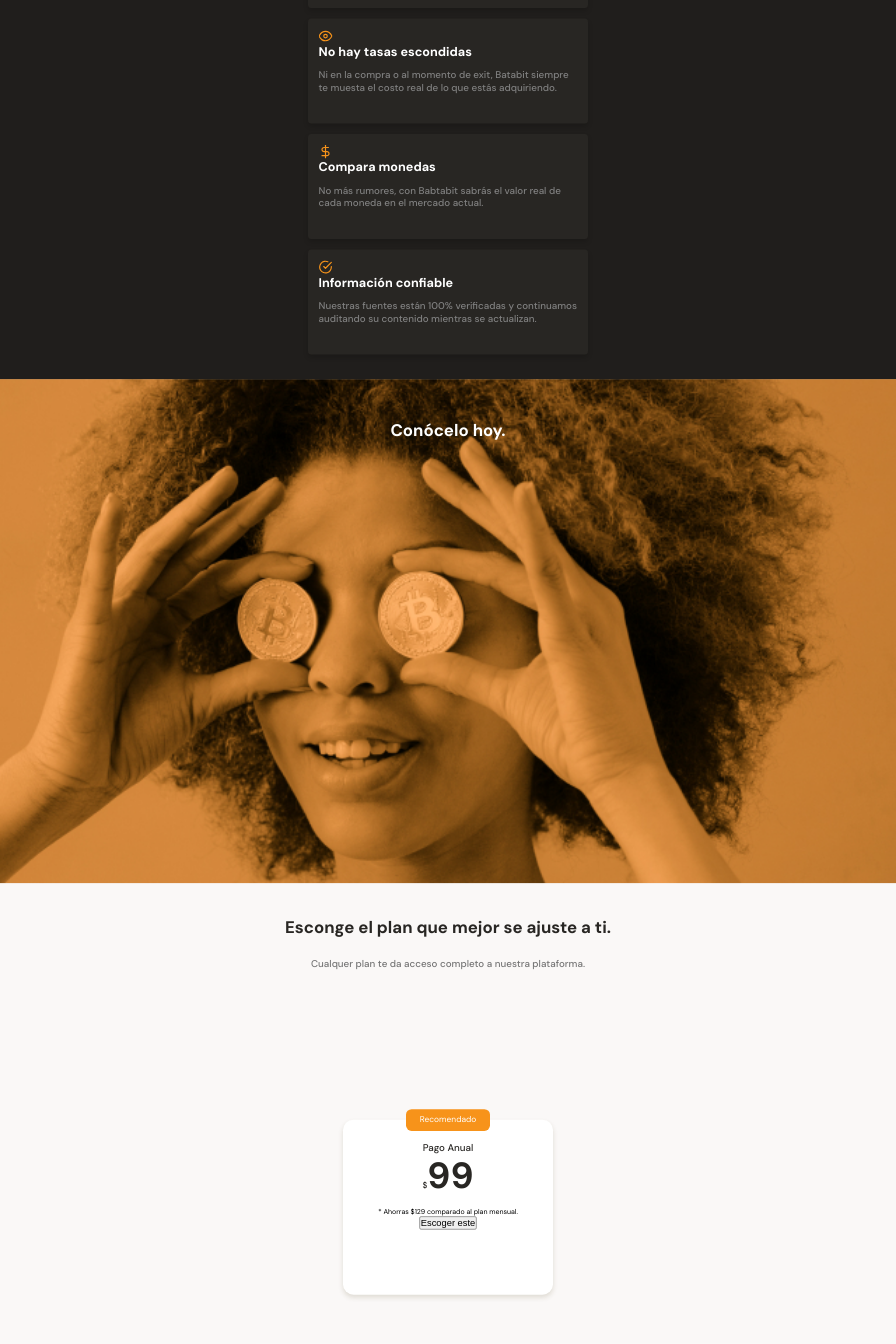
Repository: elto82/mobileFirst
Page: index.html
These files come from the project's save history. The page is drawn as it stood at one moment and after the next save; the edit follows.
The browser window is 1280 px wide. The pictures show the part of the page from y = 1441 to 3361 px (the page is 3361 px tall), at 70% of full size.
Some web fonts or font styles are not loaded; a fallback is used.

Above is the page before, as saved 2022-06-08 21:37:42.

### index.html
<!DOCTYPE html>
<html lang="en">
  <head>
    <meta charset="UTF-8" />
    <meta http-equiv="X-UA-Compatible" content="IE=edge" />
    <meta name="viewport" content="width=device-width, initial-scale=1.0" />
    <link rel="preconnect" href="https://fonts.googleapis.com" />
    <link rel="preconnect" href="https://fonts.gstatic.com" crossorigin />
    <link
      href="https://fonts.googleapis.com/css2?family=DM+Sans:wght@400;500;700&family=Inter:wght@300;500&family=Poppins:ital,wght@0,300;1,400;1,600&family=Quicksand:wght@300;500;700&family=Roboto:wght@400;700&family=Rubik+Beastly&display=swap"
      rel="stylesheet"
    />
    <link rel="stylesheet" href="./style.css">
    <title>Document</title>
  </head>
  <body>
    <header>
        <img src="./assets/img/logo.svg" alt="">
        <div class="header-title-container">
            <h1>La próxima revolución en el intercambio de criptomonedas.</h1>
            <p>Batatabit te ayuda a navegar entre los diferentes precios y tendencias.  </p>
            <a href="#plans" class="header-button">Conoce nuestros planes <span></span></a>
        </div>
    </header>
    <main>
      <section class="main-exchange-container">
          <div class="backgroundImg"></div>
          <div class="main-exchange-conintainer--title">
            <h2>Visibilizamos todas las tasas de cambio.</h2>
            <p>Traemos información en tiempo real de las casas de cambio y las monedas más importantes del mundo.</p>
          </div>
          <section class="main-tables-container">
              <div class="main-currency-table">
                <p class="currency-table--title">Monedas</p>
                <div class="currency-table--container">
                  <table>
                    <tr>
                      <td class="table__top-left">Bitcoin</td>
                      <td class="table__top-right table__right" >$1.96 <span class="down"></span></td>
                    </tr>
                    <tr>
                      <td>Ethereum</td>
                      <td class="table__right">$0.07 <span class="up"></span></td>
                    </tr>
                    <tr>
                      <td>Riple</td>
                      <td class="table__right">$2.15<span class="down"></span></td>
                    </tr>
                    <tr>
                      <td class="table__bottom-left">Stellar</td>
                      <td class="table__botton-right table__right">$4.96 <span class="down"></span></td>
                    </tr>
                  </table>
                </div>
                <div class="currency-table--date">
                  <p><b> Actualizado:</b> 19 julio 23:45</p>
                </div>
              </div>
          </section>
      </section>

      <section class="main-product-detail">
        <span class="product-detail--batata-logo"></span>
        <div class="product-detail--title">
          <h2>Creamos un producto sin comparación.</h2>
          <p>Confiable y diseñado para su uso diario.</p>
        </div>
        <section class="product-cards--container">
          <article class="product-detail--card">
            <span class="clock"></span>
            <p class="product--card-title">Tiempo real</p>
            <p class="product--card-body">Nuestro API toma información minuto a minuto sobre las tasas que más determinan el comportamiento.</p>
          </article>
          <article class="product-detail--card">
            <span class="eye"></span>
            <p class="product--card-title">No hay tasas escondidas</p>
            <p class="product--card-body">Ni en la compra o al momento de exit, Batabit siempre te muesta el costo real de lo que estás adquiriendo.</p>
          </article>
          <article class="product-detail--card">
            <span class="money"></span>
            <p class="product--card-title">Compara monedas</p>
            <p class="product--card-body">No más rumores, con Babtabit sabrás el valor real de cada moneda en el mercado actual.</p>
          </article>
          <article class="product-detail--card">
            <span class="ok"></span>
            <p class="product--card-title">Información confiable</p>
            <p class="product--card-body">Nuestras fuentes están 100% verificadas y continuamos auditando su contenido mientras se actualizan.</p>
          </article>
        </section>
      </section>
      <section class="bitcoint-img-container">
        <h2>Conócelo hoy.</h2>
      </section>
      <section id="plans" class="main-plans-container">
        <div class="plans--title">
          <h2>Esconge el plan que mejor se ajuste a ti.</h2>
          <p>Cualquer plan te da acceso completo a nuestra plataforma.</p>
        </div>
        <section class="plans-container--slider">
          <article class="plans-conteiner--card">
            <p class="recommended">Recomendado</p>
            <div class="plan-info-container">
              <h3 class="plan-card--title">Pago Anual</h3>
              <p class="plan-card--price"><span>$</span>99</p>
              <p class="plan-card--saving">* Ahorras $129 comparado al plan mensual.</p>
              <button class="plan-card--ca">Escoger este <span></span></button>
            </div>
          </article>
        </section>
      </section>
    </main>
    <footer></footer>
  </body>
</html>

### style.css
/*
1. Posicionamiento
2. Modelo de caja (box model)
3. Tipografia
4.Visuales
5. Otros
*/
:root{
    /* colores */
    --bitcoin-orange:#f7931a;
    --soft-orange: #ffe9d5;
    --secondary-blue:#1a9af7;
    --soft-blue: #e7f5ff;
    --warm-black: #201e1c;
    --black:#282623;
    --grey:#bababa;
    --off-white:#faf8f7;
    --just-white:#fff;

}
*{
    box-sizing: border-box;
    margin: 0;
    padding: 0;
}
html{
    font-size: 62.5%;
    font-family: 'DM Sans', sans-serif;;
}
header{
    position: relative;
    display: flex;
    flex-direction: column;
    justify-content: center;
    width: 100%;
    min-width: 32rem;
    height: 34rem;
    text-align: center;
    background: linear-gradient(207.8deg, #201e1c 16.69%, #f7931a 100%);
}
header img{
    width: 15rem;
    height: 2.4rem;
    margin-top: 6rem;
    align-self: center;
}
.header-title-container{
    width: 90%;
    min-width: 28.8rem;
    max-width: 90rem;
    height: 21.8rem;
    margin-top: 4rem;
    text-align: center;
    align-self: center;
}
.header-title-container h1{
    font-size: 2.4rem;
    font-weight: bold;
    line-height: 2.6rem;
    color: var(--just-white);
}
.header-title-container p{
    margin-top: 2.5rem;
    font-size: 1.4rem;
    font-weight: 500;
    line-height: 1.8rem;
    color: var(--soft-orange);
}
.header-title-container .header-button{
    position: absolute;
    left: calc(50% - 11.8rem);
    top: 27rem;
    display: block;
    margin-top: 3.5rem;
    padding: 1.5rem;
    width: 22.9rem;
    height: 4.8rem;
    background-color: var(--off-white);
    box-shadow: 0px 4px 8px rgba(89, 73, 30, 0.16);
    border: none;
    border-radius: 0.5rem;
    font-size: 1.4rem;
    font-weight: bold;
    text-decoration: none;
    color: var(--black);
}
.header-button span{
    display: inline-block;
    width: 1.3rem;
    height: 0.8rem;
    margin-left: 1rem;
    background-image: url('./assets/icons/down-arrow.svg');
}
main{
    width: 100%;
    height: auto;
    background-color: var(--off-white);
}
.main-exchange-container{
    width: 100%;
    height: auto;
    padding-top: 8rem;
    padding-bottom: 3rem;
    text-align: center;
}
.main-exchange-conintainer--title{
    width: 90%;
    min-width: 28.8rem;
    max-width: 90rem;
    margin: 0 auto;
}
.main-exchange-container .backgroundImg{
    width: 20rem;
    height: 20rem;
    margin: 0 auto;
    margin-bottom: 5rem;
    background-image: url('./assets/img/Bitcoin.svg');
    background-size: cover;
    background-position: center;
    background-repeat: no-repeat;
}
.main-exchange-container h2{
    margin-bottom: 3rem;
    font-size: 2.4rem;
    font-weight: bold;
    line-height: 2.6rem;
    color: var(--black);
}
.header-title-container p{
    margin-bottom: 3rem;
    font-size: 1.4rem;
    font-weight: 500;
    line-height: 1.6rem;
    color: #757575;
}
.main-currency-table{
    width: 70%;
    min-width: 23.5rem;
    max-width: 50re;
    height: 36rem;
    margin: 0 auto;
    font-family: 'Inter', 'sans-serif';
}
.main-currency-table .currency-table--title{
    margin-top: 2rem;
    margin-bottom: 1.5rem;
    font-size: 1.8rem;
    font-weight: bold;
    line-height: 2.3rem;
    color: var(--bitcoin-orange);
}
.currency-table--container{
    width: 90%;
    min-width: 23rem;
    max-width: 30rem;
    height: 25rem;
    margin: 0 auto;
}
.currency-table--container table{
    width: 100%;
    height: 100%;
}
.currency-table--container td{
    width: 50%;
    font-size: 1.6rem;
    font-weight: 500;
    line-height: 1.9rem;
    color: var(--grey);
    background-color: var(--just-white);
}
.currency-table--container .table__top-left{
    border-radius: 1.5rem 0 0 0;
}
.currency-table--container .table__top-right{
    border-radius: 0 1.5rem 0 0;
}
.currency-table--container .table__bottom-left{
    border-radius: 0 0 0 1.5rem;
}
.currency-table--container .table__botton-right{
    border-radius: 0 0 1.5rem 0;
}
.currency-table--container .table__right{
    font-size: 1.4rem;
    font-weight: normal;
    line-height: 1.7rem;
    color: #757575;
}
.currency-table--container .down{
    display: inline-block;
    width: 1.5rem;
    height: 1.5rem;
    margin-left: 1rem;
    background-image: url('./assets/icons/trending-down.svg');
    background-size: cover;
    background-position: center;
    background-repeat: no-repeat;
}
.currency-table--container .up{
    display: inline-block;
    width: 1.5rem;
    height: 1.5rem;
    margin-left: 1rem;
    background-image: url('./assets/icons/trending-up.svg');
    background-size: cover;
    background-position: center;
    background-repeat: no-repeat;
}
.currency-table--date{
    width: 19rem;
    height: 3rem;
    margin: 0 auto;
    margin-top: 1.5rem;
    padding: 0.8rem;
    background-color: var(--soft-orange);
    border-radius: 0.8rem;
    box-shadow: 0px 4px 8px rgba(89, 73, 30, 0.16);
}
.currency-table--date p{
    font-weight: 300;
    font-size: 1.2rem;
    line-height: 1.5rem;
    color: var(--warm-black);
}
.main-product-detail{
    position: relative;
    width: 100%;
    min-width: 32rem;
    height: auto;
    padding: 2rem 1rem;
    background-color: var(--warm-black);
}
.product-detail--batata-logo{
    position: absolute;
    width: 4rem;
    height: 2.5rem;
    top: -1rem;
    left: calc(50% - 2rem);
    background-image: url('./assets/icons/batata.svg');

}
.product-detail--title{
    width: 90%;
    min-width: 28.8rem;
    height: auto;
    margin: 0 auto;
    margin-top: 5rem;
    text-align: center;
}
.product-detail--title h2{
    margin-bottom: 2rem;
    font-size: 2.4rem;
    font-weight: bold;
    line-height: 2.6rem;
    color: var(--just-white);
}
.product-detail--title p{
    margin-bottom: 2rem;
    font-size: 1.4rem;
    font-weight: 500;
    line-height: 1.8rem;
    color: #808080;
}
.product-detail--card{
    width: 90%;
    min-width: 28.8rem;
    max-width: 40rem;
    min-height: 15rem;
    margin: 1.5rem auto;
    padding: 1.5rem;
    background-color: var(--black);
    border-radius: 0.5rem;
    box-shadow: 0 4px 8px rgba(0, 0, 0, 0.16);
}
.product-detail--card .clock{
    display: inline-block;
    width: 2rem;
    height: 2rem; ;
    background-image: url('./assets/icons/clock.svg');
    background-size: cover;
    background-position: center;
    background-repeat: no-repeat;
}
.product-detail--card .eye{
    display: inline-block;
    width: 2rem;
    height: 2rem; ;
    background-image: url('./assets/icons/eye.svg');
    background-size: cover;
    background-position: center;
    background-repeat: no-repeat;
}
.product-detail--card .money{
    display: inline-block;
    width: 2rem;
    height: 2rem; ;
    background-image: url('./assets/icons/dollar-sign.svg');
    background-size: cover;
    background-position: center;
    background-repeat: no-repeat;
}
.product-detail--card .ok{
    display: inline-block;
    width: 2rem;
    height: 2rem; ;
    background-image: url('./assets/icons/check-circle.svg');
    background-size: cover;
    background-position: center;
    background-repeat: no-repeat;
}
.product--card-title{
    margin-bottom: 1.5rem;
    font-size: 1.8rem;
    font-weight: bold;
    line-height: 1.8rem;
    color: var(--just-white);
}
.product--card-body{
    font-size: 1.4rem;
    font-weight: 500;
    line-height: 1.8rem;
    color: #808080;
}
.bitcoint-img-container{
    width: 100%;
    min-width: 32rem;
    height: 100vh;
    background-image:url('./assets/img/bitcoinbaby2x.jpg');
    background-size: cover;
    background-position: center;
    background-repeat: no-repeat;
    text-align: center;
}
.bitcoint-img-container h2{
    padding-top: 6rem;
    font-size: 2.4rem;
    font-weight: bold;
    line-height: 2.6rem;
    color: var(--just-white);

}
.main-plans-container{
    width: 100%;
    min-width: 32rem;
    padding-bottom: 7rem;
    text-align: center;
}
.plans--title{
    width: 90%;
    min-height: 28.8rem;
    height: auto;
    margin: 0 auto;
    margin-bottom: 5rem;
}
.plans--title h2{
    padding-top: 5rem;
    font-size: 2.4rem;
    font-weight: bold;
    line-height: 2.6rem;
    color: var(--black);
}
.plans--title p{
    padding-top: 3rem;
    font-size: 1.4rem;
    font-weight: 500;
    font-weight: 10.8rem;
    color: #757575;
}
.plans-conteiner--card{
    position: relative;
    width: 70%;
    min-width: 23rem;
    max-width: 30rem;
    height: 25rem;
    margin: 5rem auto 0;
    padding: 0 1.5rem;
    background-color: var(--just-white);
    border-radius: 1.5rem;
    box-shadow: 0 4px 8px rgba(89, 73, 30, 0.16);
}
.recommended{
    position: absolute;
    width: 12rem;
    height: 3.1rem;
    left: calc(50% - 6rem);
    top: -1.5rem;
    font-size: 1.2rem;
    padding-top: 0.6rem;
    background-color: var(--bitcoin-orange);
    border-radius: 0.8rem;
    color: var(--just-white);

}
.plan-card--title{
    padding-top: 3rem;
    font-size: 1.4rem;
    font-weight: 500;
    line-height: 1.8rem ;
    color: var(--black);
}
.plan-card--price{
    padding: 0.5rem 0;
    font-size: 5.2rem;
    font-weight: bold;
    line-height: 5.3rem;
    color: var(--black);
}
.plan-card--price span{
    font-size: 1.2rem;
    font-weight: 300;
.plan-card--saving{
    font-size: 1.2rem;
    color: #757575;
}
.plan-card--ca{
    width: 15rem;
    height: 4.8rem;
    margin-top: 2rem;
    background-color: #faf8f7;
    border: 2px solid var(--bitcoin-orange);
    border-radius: 0.4rem;
    font-family: 'DM Sans', sans-serif;
    font-size: 1.4rem;
    font-weight: bold;
    line-height: 1.8rem;
    color: var(--black);
}
.plan-card--ca span{
    display: inline-block;
    width: 2rem;
    height: 2rem;
    background-image: url('./assets/icons/orange-right-arrow.svg');
    background-size: cover;
    background-position: center;
    background-repeat: no-repeat;
    text-align: center;
}

After the next save:
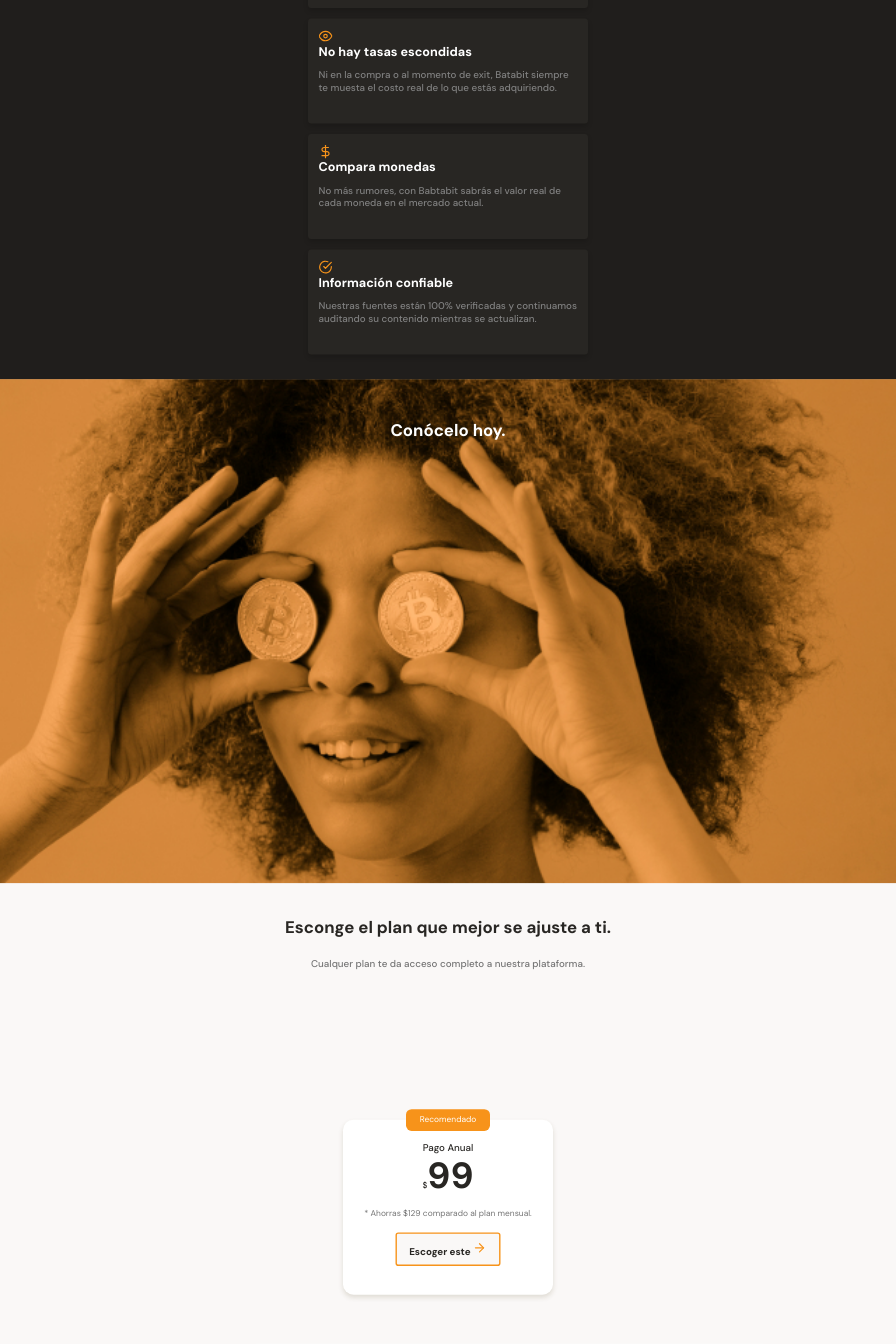
Saved 44 s later.
--- a/style.css
+++ b/style.css
@@ -406,8 +406,10 @@
     color: var(--black);
 }
 .plan-card--price span{
+    display: inline-block;
     font-size: 1.2rem;
     font-weight: 300;
+}
 .plan-card--saving{
     font-size: 1.2rem;
     color: #757575;
